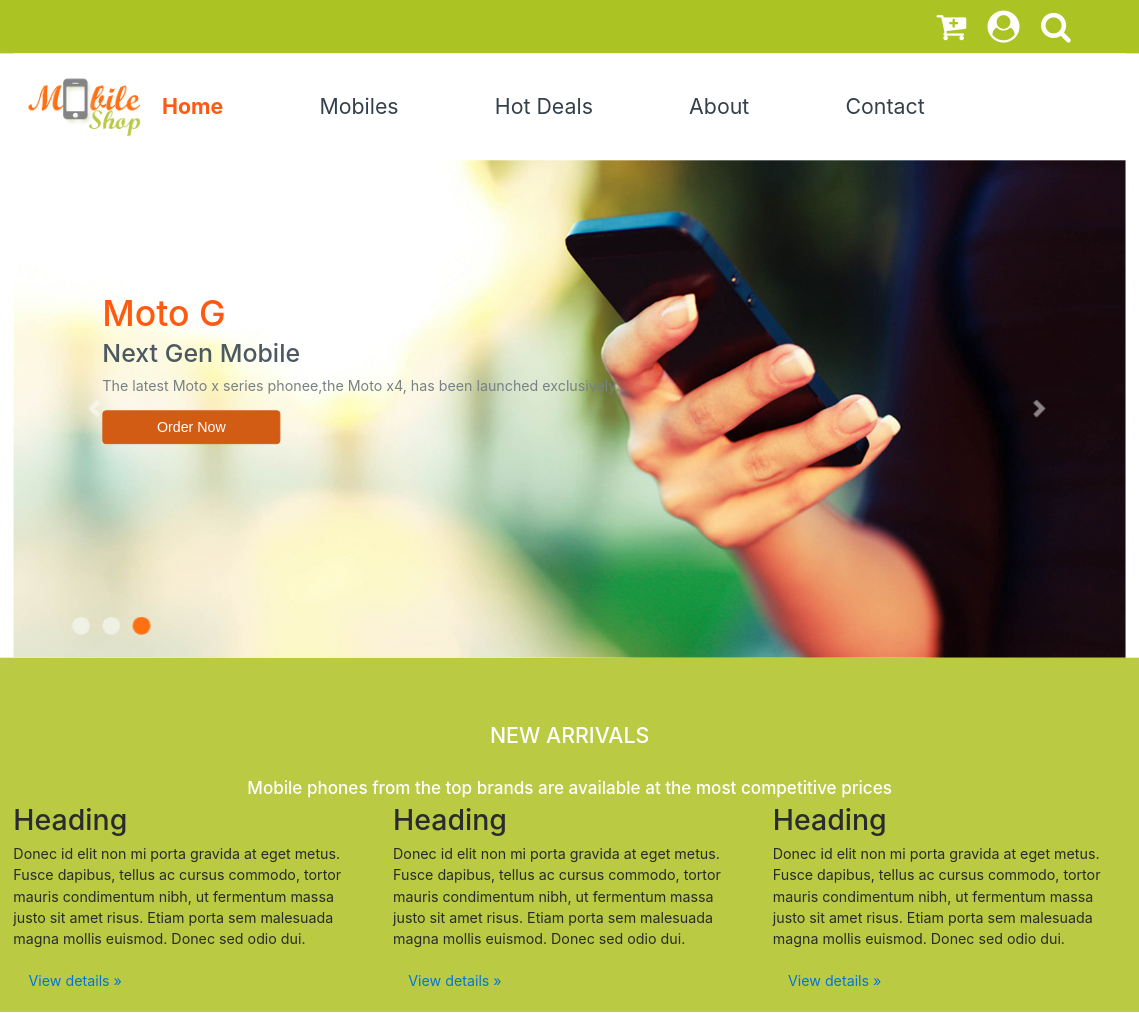
Repository: rajmohanr/mobile
Page: index.html
The author's editor kept a copy of each file at every save. The page is drawn from the files as they stood at one save, then again after the next save.
The browser window is 1280 px wide. The pictures show the whole page, at 89% of full size.

Above is the page before, as saved 2018-03-31 13:26:58.
Console error (its wording comes from the project's code and is left out).

### index.html
<!DOCTYPE html>
<html lang="en">
  <head>
    <meta charset="utf-8">
    <meta http-equiv="X-UA-Compatible" content="IE=edge">
    <meta name="viewport" content="width=device-width, initial-scale=1">

    <title>Bootstrap 4, from LayoutIt!</title>

    <meta name="description" content="Source code generated using layoutit.com">
    <meta name="author" content="LayoutIt!">

    <link href="css/bootstrap.min.css" rel="stylesheet">
	<link href="css/style.css" rel="stylesheet">
	<link rel="stylesheet" href="https://cdnjs.cloudflare.com/ajax/libs/font-awesome/4.7.0/css/font-awesome.min.css">

  </head>
  <body>

    <div class="container-fluid">
	<div class="row">
		<div class="col-md-12">
			<div class="row">
				<div class="col-md-12 top-bar">
					<a href="#" class="top-bar-icons last-icon"><i class="fa fa-search"  style="font-size:36px;color:white;"></i></a>
					<a href="#" class="top-bar-icons"><i class="fa fa-user-circle"  style="font-size:36px;color:white;"></i></a>
					<a href="#" class="top-bar-icons"><i class="fa fa-cart-plus"  style="font-size:36px;color:white;"></i></a>
				</div>
			</div>
			<nav class="navbar navbar-toggleable-md navbar-light bg-faded">

				<button class="navbar-toggler navbar-toggler-right" type="button" data-toggle="collapse" data-target="#bs-example-navbar-collapse-1">
					<span class="navbar-toggler-icon"></span>
				</button> <a class="navbar-brand" href="#"><img src="images/logo.png" /></a>
				<div class="collapse navbar-collapse" id="bs-example-navbar-collapse-1">
					<ul class="navbar-nav float-md-right">
						<li class="nav-item active">
							 <a class="nav-link" href="#">Home <span class="sr-only">(current)</span></a>
						</li>
						<li class="nav-item">
							 <a class="nav-link" href="#">Mobiles</a>
						</li>
						<li class="nav-item">
								<a class="nav-link" href="#">Hot Deals</a>
						</li>
						<li class="nav-item">
								<a class="nav-link" href="#">About</a>
						</li>
						<li class="nav-item">
								<a class="nav-link" href="#">Contact</a>
						</li>
					</ul>
				</div>
			</nav>

			<div class="row">
				<div class="col-md-12">
					<div class="carousel slide" id="carousel-452932">
						<ol class="carousel-indicators">
							<li data-slide-to="0" data-target="#carousel-452932">
							</li>
							<li data-slide-to="1" data-target="#carousel-452932">
							</li>
							<li data-slide-to="2" data-target="#carousel-452932" class="active">
							</li>
						</ol>
						<div class="carousel-inner">
							<div class="carousel-item">
								<img class="d-block w-100" alt="Carousel Bootstrap First" src="images/carosuel.png" />
								<div class="carousel-caption">
									<h4>
										Moto G
									</h4>
									<h3>
										Next Gen Mobile
									</h3>
									<p>
										The latest Moto x series phonee,the Moto x4, has been launched exclusively.
									</p>
									<button type="button" class="btn btn-primary">Order Now</button>
								</div>
							</div>
							<div class="carousel-item">
								<img class="d-block w-100" alt="Carousel Bootstrap Second" src="images/carosuel.png" />
								<div class="carousel-caption">
									<h4>
										Moto G
									</h4>
									<h3>
										Next Gen Mobile
									</h3>
									<p>
										The latest Moto x series phonee,the Moto x4, has been launched exclusively.
									</p>
									<button type="button" class="btn btn-primary">Order Now</button>
								</div>
							</div>
							<div class="carousel-item active">
								<img class="d-block w-100" alt="Carousel Bootstrap Third" src="images/carosuel.png" />
								<div class="carousel-caption">
									<h4>
										Moto G
									</h4>
									<h3>
										Next Gen Mobile
									</h3>
									<p>
										The latest Moto x series phonee,the Moto x4, has been launched exclusively.
									</p>
									<button type="button" class="btn btn-primary">Order Now</button>
								</div>
							</div>
						</div> <a class="carousel-control-prev" href="#carousel-452932" data-slide="prev"><span class="carousel-control-prev-icon"></span> <span class="sr-only">Previous</span></a> <a class="carousel-control-next" href="#carousel-452932" data-slide="next"><span class="carousel-control-next-icon"></span> <span class="sr-only">Next</span></a>
					</div>
				</div>
			</div>

		</div>
	</div>
	<div id="middle-wrapper" class="row">
		<div class="col-md-12">
			<div id="middle-title" class="row">
				<div class="col-md-12">
					<h1 class="text-center">
							NEW ARRIVALS
					</h1>
					<h2 class="text-center">
						Mobile phones from the top brands are available at the most competitive prices
					</h2>
				</div>
			</div>
			<div id="middle-box" class="row">
				<div class="col-md-4">
					<h2>
						Heading
					</h2>
					<p>
						Donec id elit non mi porta gravida at eget metus. Fusce dapibus, tellus ac cursus commodo, tortor mauris condimentum nibh, ut fermentum massa justo sit amet risus. Etiam porta sem malesuada magna mollis euismod. Donec sed odio dui.
					</p>
					<p>
						<a class="btn" href="#">View details »</a>
					</p>
				</div>
				<div class="col-md-4">
					<h2>
						Heading
					</h2>
					<p>
						Donec id elit non mi porta gravida at eget metus. Fusce dapibus, tellus ac cursus commodo, tortor mauris condimentum nibh, ut fermentum massa justo sit amet risus. Etiam porta sem malesuada magna mollis euismod. Donec sed odio dui.
					</p>
					<p>
						<a class="btn" href="#">View details »</a>
					</p>
				</div>
				<div class="col-md-4">
					<h2>
						Heading
					</h2>
					<p>
						Donec id elit non mi porta gravida at eget metus. Fusce dapibus, tellus ac cursus commodo, tortor mauris condimentum nibh, ut fermentum massa justo sit amet risus. Etiam porta sem malesuada magna mollis euismod. Donec sed odio dui.
					</p>
					<p>
						<a class="btn" href="#">View details »</a>
					</p>
				</div>
			</div>
		</div>
	</div>
	<div class="row">
		<div class="col-md-12">
		</div>
	</div>
</div>

    <script src="js/jquery.min.js"></script>
    <script src="js/bootstrap.min.js"></script>
    <script src="js/scripts.js"></script>
  </body>
</html>

### css/style.css
.top-bar{
    height: 60px;
    background-color: #acc324;
}

.top-bar-icons{
    float: right;
    padding: 12px;
    position: relative;
}

.last-icon{
    margin-right: 50px;
}

.navbar{
    height: 120px;
    background-color: #fff;
}

.navbar-light .navbar-nav .active>.nav-link, .navbar-light .navbar-nav .nav-link.active, .navbar-light .navbar-nav .nav-link.open, .navbar-light .navbar-nav .open>.nav-link{
    color: #ff5912!important;
    font-weight: bold;
    font-size: 24px;
}

.navbar-nav .nav-link{
    padding-right: 100px!important;
}

.navbar-light .navbar-nav .nav-link{
    color: #34404b!important;
    font-size: 24px;
}

.carousel-caption{
    text-align: left!important;
    left: 100px!important;
    bottom: 0px!important;
    top:130px!important;
}

.carousel-caption h4{
    color: #ff5912!important;
    font-size: 2.5rem!important;
}

.carousel-caption h3{
    color: #4C5963!important;
}

.carousel-caption p{
    color: #788186!important;
}
.btn-primary{
    color: #fff;
    background-color: #D25C14!important;
    border-color: #D25C14!important;
    width: 200px;
}

.carousel-indicators li {
    border-radius: 12px;
    width: 20px;
    height: 20px;
    max-width: 20px!important;
    margin-right: 1%;
}
.carousel-indicators {
    margin-right: 5%!important;
    margin-left: 5%!important;
    justify-content: left!important;
}

.carousel-indicators .active {
    background-color: #FF7013!important;
}

#middle-wrapper{
    background-color: #BACA43;
}

#middle-title h1{
    font-size: 1.5rem;
    color: #fff;
    margin-top: 75px;
}

#middle-title h2{
    font-size: 1.2rem;
    color: #fff;
    margin-top: 35px;
}

Loaded but not shown: css/bootstrap.min.css (library); js/jquery.min.js (library); js/bootstrap.min.js (library); js/scripts.js (common file)

After the next save:
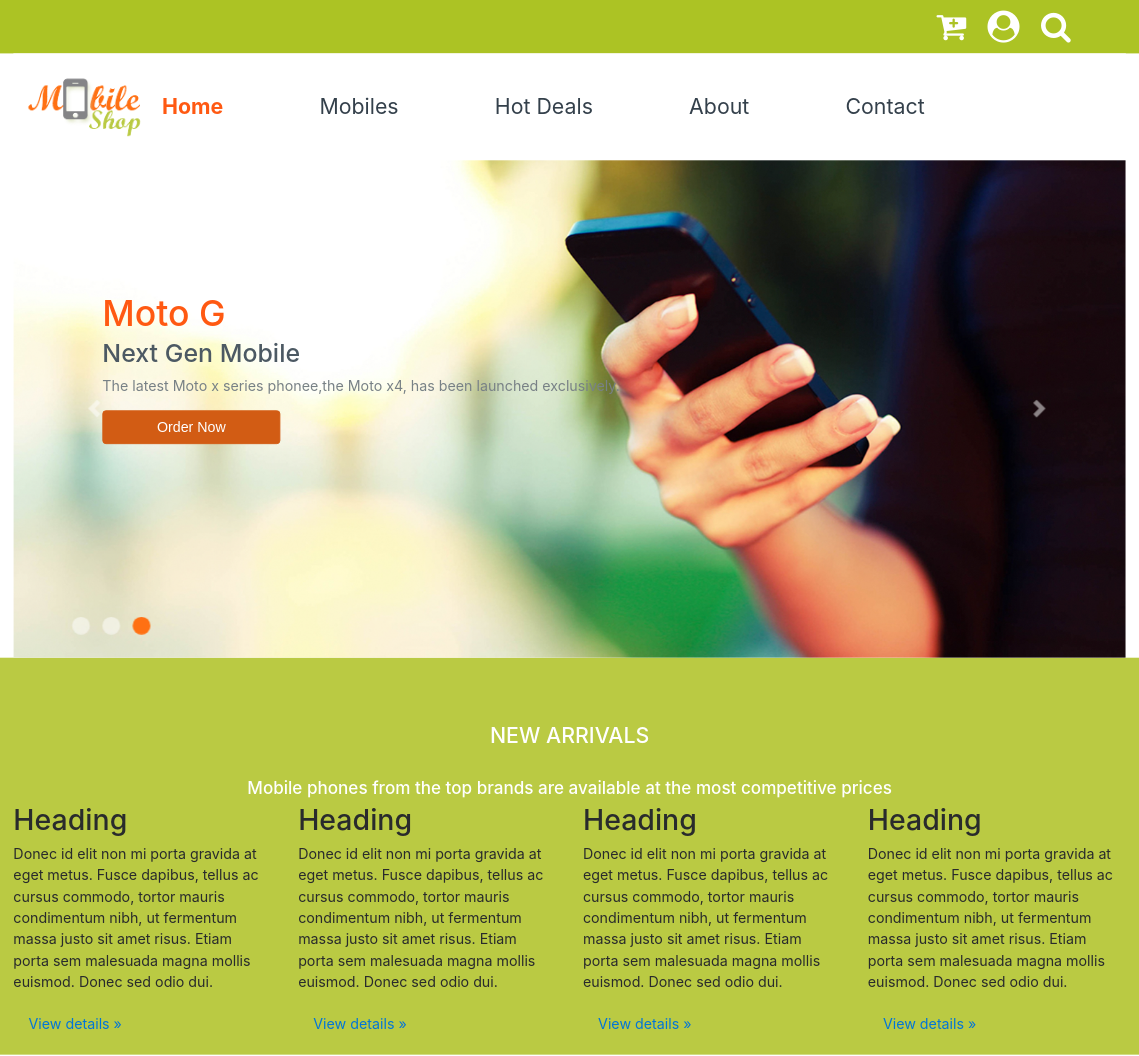
Saved 3 min 24 s later.
--- a/index.html
+++ b/index.html
@@ -130,7 +130,7 @@
 				</div>
 			</div>
 			<div id="middle-box" class="row">
-				<div class="col-md-4">
+				<div class="col-md-3">
 					<h2>
 						Heading
 					</h2>
@@ -141,7 +141,7 @@
 						<a class="btn" href="#">View details »</a>
 					</p>
 				</div>
-				<div class="col-md-4">
+				<div class="col-md-3">
 					<h2>
 						Heading
 					</h2>
@@ -152,7 +152,7 @@
 						<a class="btn" href="#">View details »</a>
 					</p>
 				</div>
-				<div class="col-md-4">
+				<div class="col-md-3">
 					<h2>
 						Heading
 					</h2>
@@ -163,6 +163,17 @@
 						<a class="btn" href="#">View details »</a>
 					</p>
 				</div>
+				<div class="col-md-3">
+						<h2>
+							Heading
+						</h2>
+						<p>
+							Donec id elit non mi porta gravida at eget metus. Fusce dapibus, tellus ac cursus commodo, tortor mauris condimentum nibh, ut fermentum massa justo sit amet risus. Etiam porta sem malesuada magna mollis euismod. Donec sed odio dui.
+						</p>
+						<p>
+							<a class="btn" href="#">View details »</a>
+						</p>
+					</div>
 			</div>
 		</div>
 	</div>
